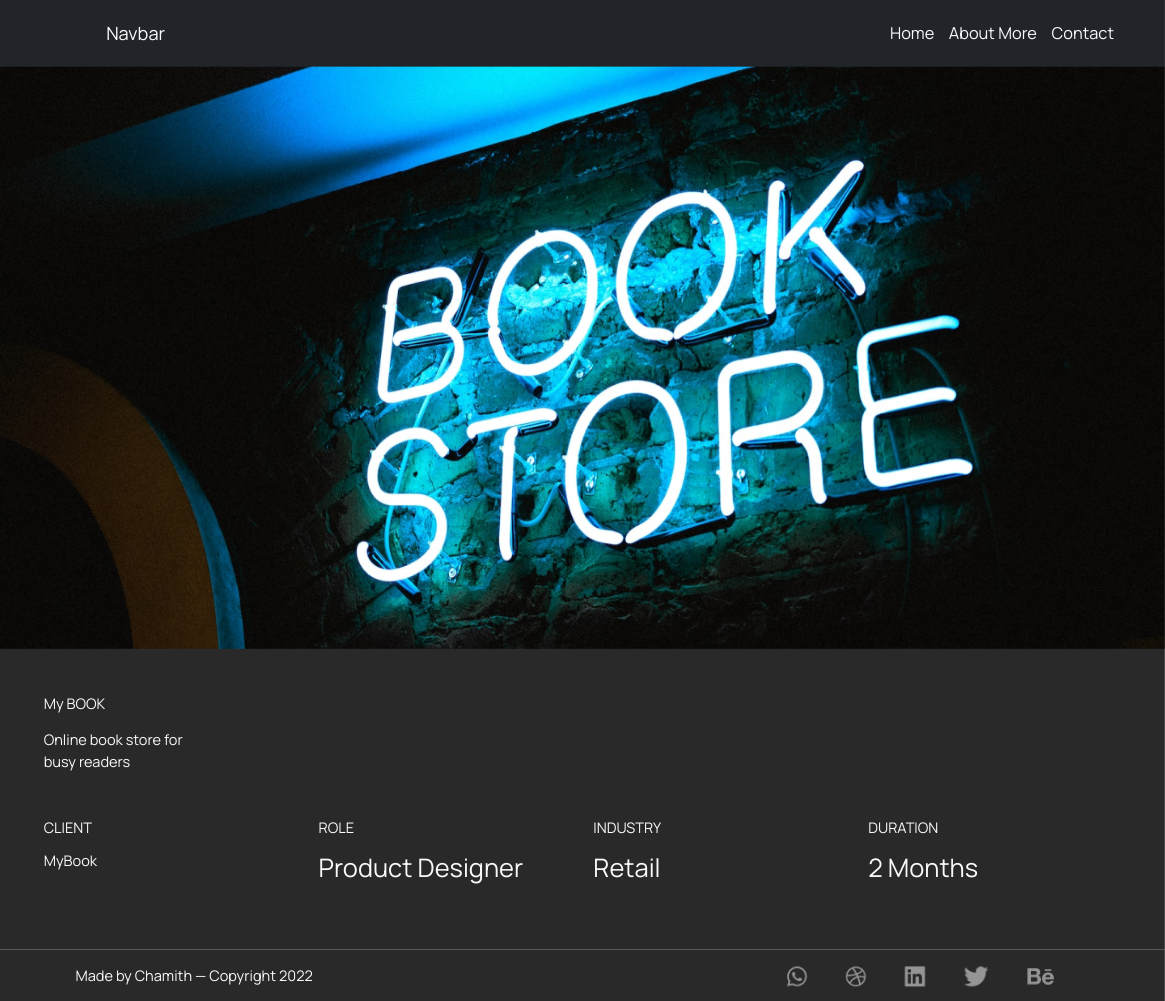
Repository: Realchamithweb/chamith-html
Page: work.html
The author's editor kept a copy of each file at every save. The page is drawn from the files as they stood at one save, then again after a run of saves.
The browser window is 1280 px wide. The pictures show the whole page, at 91% of full size.

Above is the page before, as saved 2023-01-24 07:17:33.

After the next 2 saves:
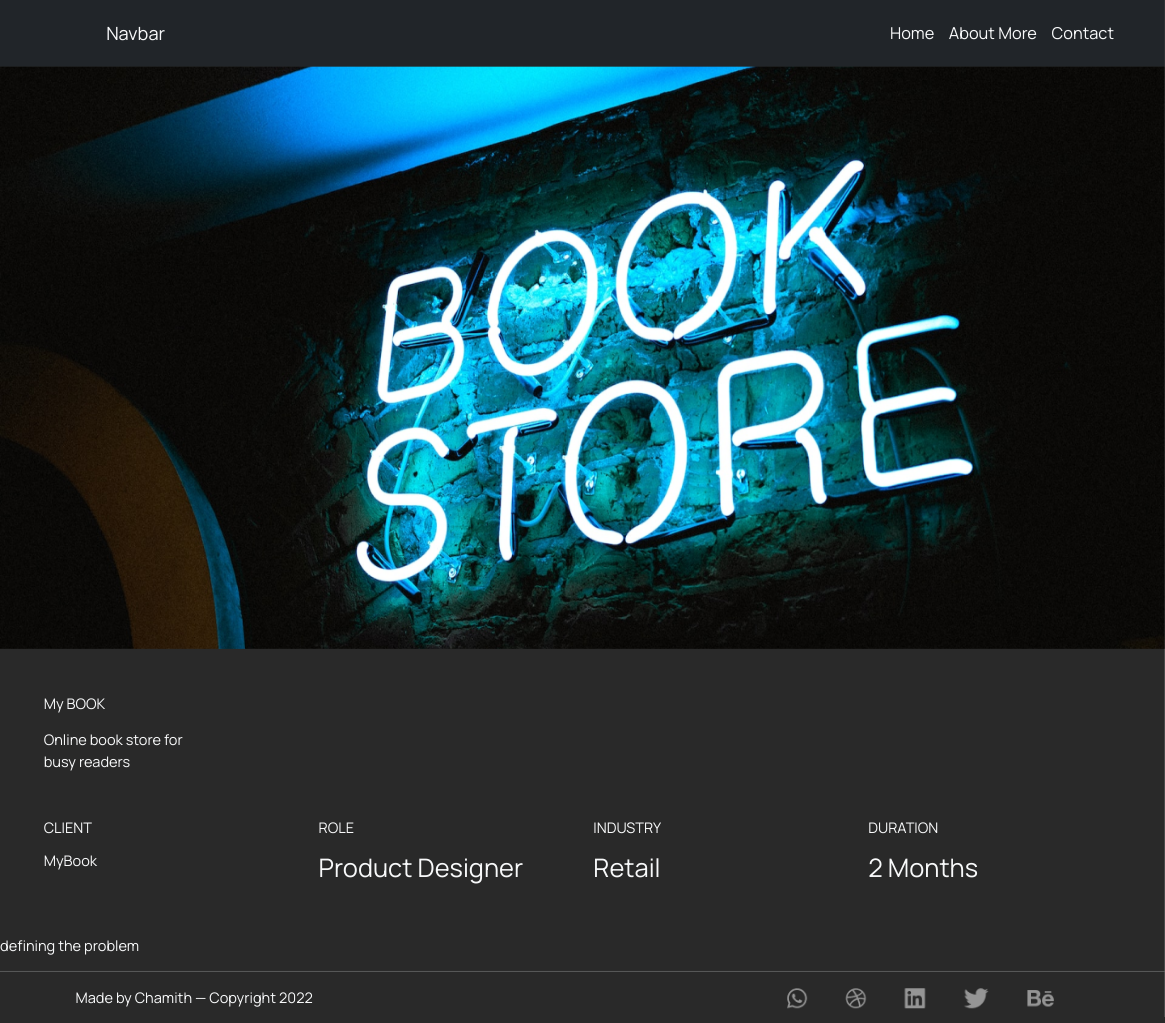
The 2 saves are shown as one change because they came seconds apart.
The last was saved 7 s later.
--- a/work.html
+++ b/work.html
@@ -71,7 +71,7 @@
             <section>
                 <div class="row">
                     <div class="col-lg-12 text-light">
-                        <p>
+                        <p>defining the problem</p>
                     </div>
                 </div>
             </section>
